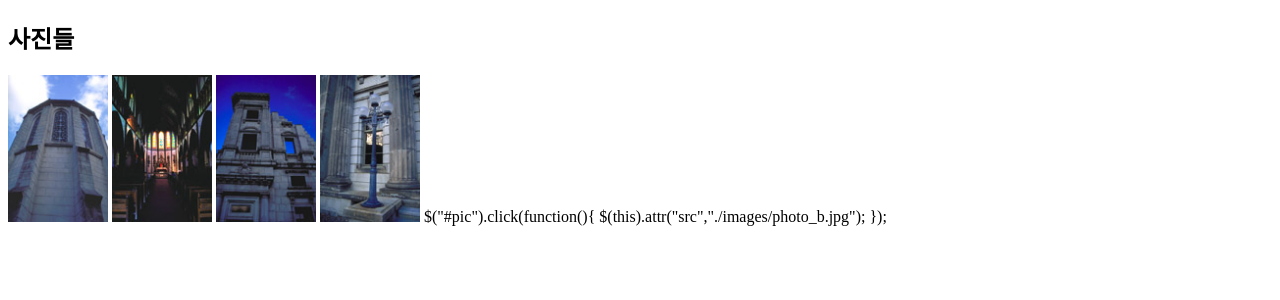
Repository: jeongho97/JQuery
Page: JQuery기본2/WebContent/예제2.html
The author's editor kept a copy of each file at every save. The page is drawn from the files as they stood at one save, then again after a run of saves.
The browser window is 1280 px wide. The pictures show the whole page.

Above is the page before, as saved 2022-05-13 03:38:19.

After the next 4 saves:
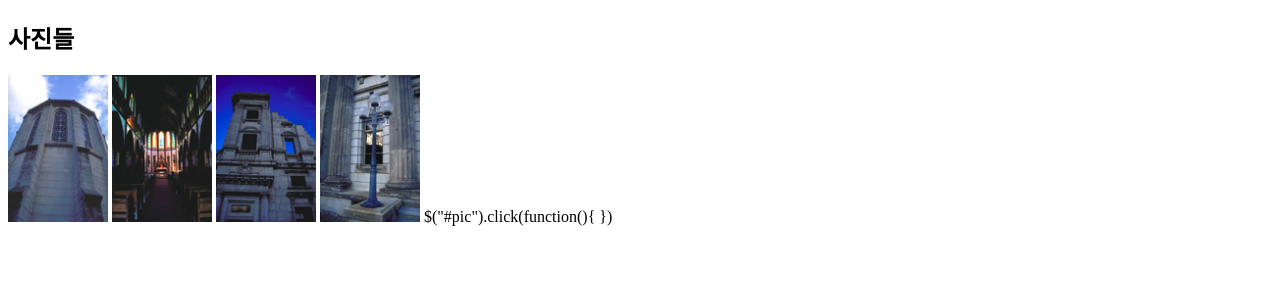
The 4 saves are shown as one change because they came seconds apart.
The last was saved 12 s later.
--- a/JQuery기본2/WebContent/예제2.html
+++ b/JQuery기본2/WebContent/예제2.html
@@ -14,8 +14,7 @@
 
 $("#pic").click(function(){
 
-	$(this).attr("src","./images/photo_b.jpg");
-});
+})
 
 </body>
 </html>
